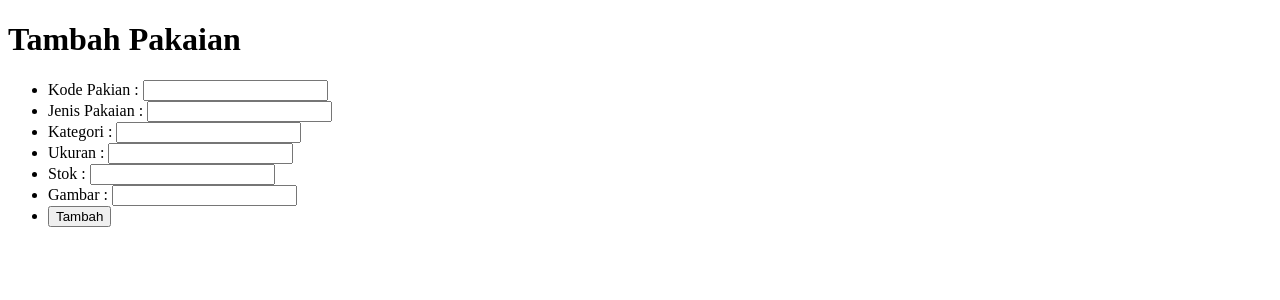
Repository: NovianRI/NovianRI.github.io
Page: http://localhost/tambah.php
The author's editor kept a copy of each file at every save. The page is drawn from the files as they stood at one save, then again after the next save.
The browser window is 1280 px wide. The pictures show the whole page.
The page is run by PHP 8.4 with error messages shown; the project is at /var/www/html/.

Above is the page before, as saved 2024-01-16 22:23:32.

After the next save:
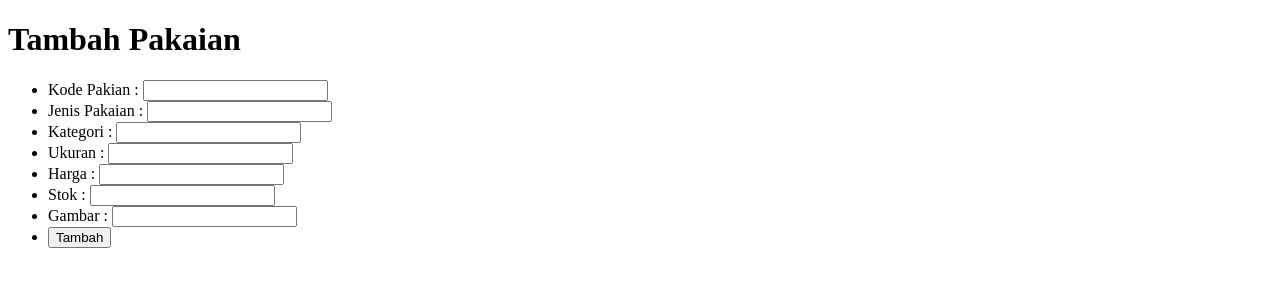
Saved 3 min 33 s later.
--- a/tambah.php
+++ b/tambah.php
@@ -49,6 +49,10 @@ if ( isset($_POST["submit"])) {
                 <input type="text" name="ukuran" id="ukuran">
             </li>
             <li>
+                <label for="harga">Harga : </label>
+                <input type="text" name="harga" id="harga">
+            </li>
+            <li>
                 <label for="stok">Stok : </label>
                 <input type="text" name="stok" id="stok">
             </li>
